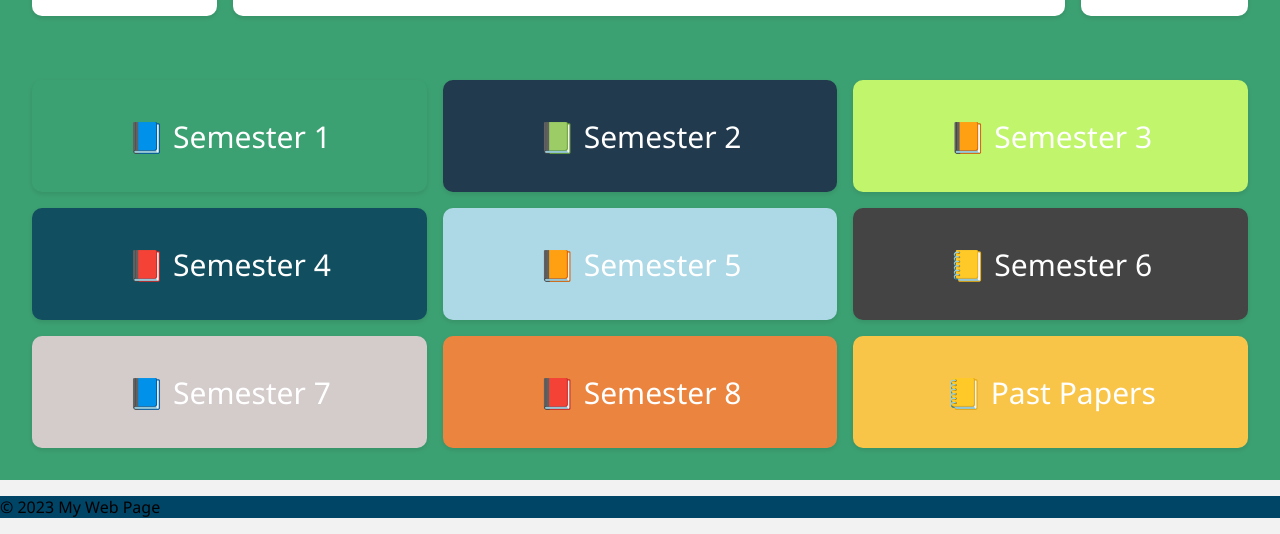
Repository: MariamSawera/eduNova
Page: index.html
The author's editor kept a copy of each file at every save. The page is drawn from the files as they stood at one save, then again after the next save.
The browser window is 1280 px wide. The pictures show the part of the page from y = 1042 to 1576 px (the page is 1576 px tall).

Above is the page before, as saved 2025-07-21 20:29:44.

### index.html
<html>
<head>
    <title>My Web Page</title>
    <meta charset="UTF-8">
    <meta name="viewport" content="width=device-width, initial-scale=1.0">
    <link rel="stylesheet" href="styles.css">
    <script src="script.js"></script>

</head>
<body>
  <nav>
    <div class="logo">ClassHub</div>
    <ul>
      <li><a href="index.html">Home</a></li>
      <!-- <li><a href="#">Semesters</a></li> -->
      <li><a href="#">Subjects</a></li>
      <li><a href="#">Books</a></li>
      <li><a href="#">Resources</a></li>
      <li><a href="#">Assignments</a></li>
      <li><a href="#">Events</a></li>
      <li><a href="#">Contact</a></li>
      <!-- <li><a href="#">Announcements</a></li> -->
      <li><a href="#">Login</a></li>
    </ul>
  </nav>

  <!-- Hero Section -->
  <div class="hero">
    <h1 id="welcome">Hello, Guest 👋</h1>
    <input type="text" id="nameInput" placeholder="Enter your name" oninput="updateName()" />
  </div>

  <!-- Dashboard Section -->
  <div class="dashboard" style="background-color: #3CA172;">
    <!-- Announcements -->
    <div class="card">
      <h3>📢 Announcements</h3>
      <ul>
        <li>Assignment Web development due 31 July</li>
        <li>Classes starting from 15 Aug</li>
        <li>Movie Day at University Oct 15</li>
      </ul>
    </div>

    <!-- Calendar -->
    <div class="card">
      <h3>📅 Calendar</h3>
      <p>All the events and updates have been marked in calender.</p>
      <iframe src="https://calendar.google.com/calendar/embed?src=onlinelearningrecordings%40gmail.com&ctz=Asia%2FKarachi" style="border: 0" width="800" height="600" frameborder="0" scrolling="no"></iframe>    </div>

    <!-- Online Users -->
    <div class="card">
      <h3>🟢 Online Users</h3>
      <ul>
        <li>Mariam</li>
        <li>Sidra</li>
        <li>Alishba</li>
      </ul>
    </div>
  </div>

  <!-- Quick Material Access -->
  <div class="quick-links" style="background-color: #3CA172;">
    <div class="link-card"  style="background-color: #3CA172;"><a href="firstsemester.html">📘 Semester 1</a></div>
    <div class="link-card" style="background-color: #223A4E;"><a href="">📗 Semester 2</a></div>
    <div class="link-card" style="background-color:  rgb(192, 245, 108);"><a href="">📙 Semester 3</a></div>
    <div class="link-card" style="background-color: #114F60;"><a href="">📕 Semester 4</a></div>
    <div class="link-card" style="background-color: lightblue;"><a href="">📙 Semester 5</a></div>
    <div class="link-card" style="background-color: #444444"><a href="">📒 Semester 6</a></div>
    <div class="link-card" style="background-color: #d4cbcb;"><a href="">📘 Semester 7</a></div>
    <div class="link-card" style="background-color: #eb843f;"><a href="">📕 Semester 8</a></div>
    <div class="link-card" style="background-color: #F9C548;"><a href="">📒 Past Papers</a></div>
    <!-- <div class="link-card" style="background-color: #3CA172;"><a href="">🔗 Important Links</a></div> -->
  </div>



    </body>

    <footer class="footer">
        <p>&copy; 2023 My Web Page</p>
    </footer>
</html>

### styles.css
    body {
      margin: 0;
      font-family: 'Segoe UI', sans-serif;
      background: #f2f2f2;
        /* background-color: #B3DDF0; */

    }

    nav {
      background-color: #004466;
      color: white;
      padding: 1rem;
      display: flex;
      justify-content: space-between;
      align-items: center;
    }

    nav .logo {
      font-size: 1.5rem;
      font-weight: bold;
    }

    a {
        text-decoration: none;
        color: inherit;
    }
    nav ul {
      list-style: none;
      display: flex;
      gap: 1rem;
    }

    nav ul li {
      display: inline;
    }

    nav ul li a {
      color: white;
      text-decoration: none;
    }


    .hero {
      /* background: linear-gradient(to right, #00aaff, #00ffcc); */
      background-image: url('./images/okokook.jpg');
      background-position: center;
      color: white;
      padding: 2rem;
      text-align: center;
      height: 20vh;
    }


    .hero input {
      padding: 0.5rem;
      border: none;
      border-radius: 5px;
      margin-top: 1rem;
      width: 200px;
    }

    .dashboard {
      display: grid;
      grid-template-columns: 1fr 1fr 1fr;
      gap: 1rem;
      padding: 2rem;
    }

    .card {
      background: white;
      padding: 1rem;
      border-radius: 10px;
      box-shadow: 0 2px 5px rgba(0,0,0,0.1);
    }

    .quick-links {
      padding: 2rem;
      display: grid;
      grid-template-columns: repeat(3, minmax(150px, 1fr));
      gap: 1rem;
    }

    .link-card{
      display: flex;
      justify-content: center;
      align-items: center;
      font-size: 30px;
      color: white;


    }

    .quick-links .link-card {
      background: white;
      text-align: center;
      padding: 1rem;
      border-radius: 10px;
      box-shadow: 0 2px 5px rgba(0,0,0,0.1);
      height: 80px;
    }

    .footer{
      background-color: #004466 ;
    }

### script.js
function updateName() {
      const name = document.getElementById('nameInput').value;
      const welcome = document.getElementById('welcome');
      if(name.trim()) {
        welcome.textContent = `Hello, ${name}! 👋`;
      } else {
        welcome.textContent = `Hello, Guest 👋`;
      }
    }

After the next save:
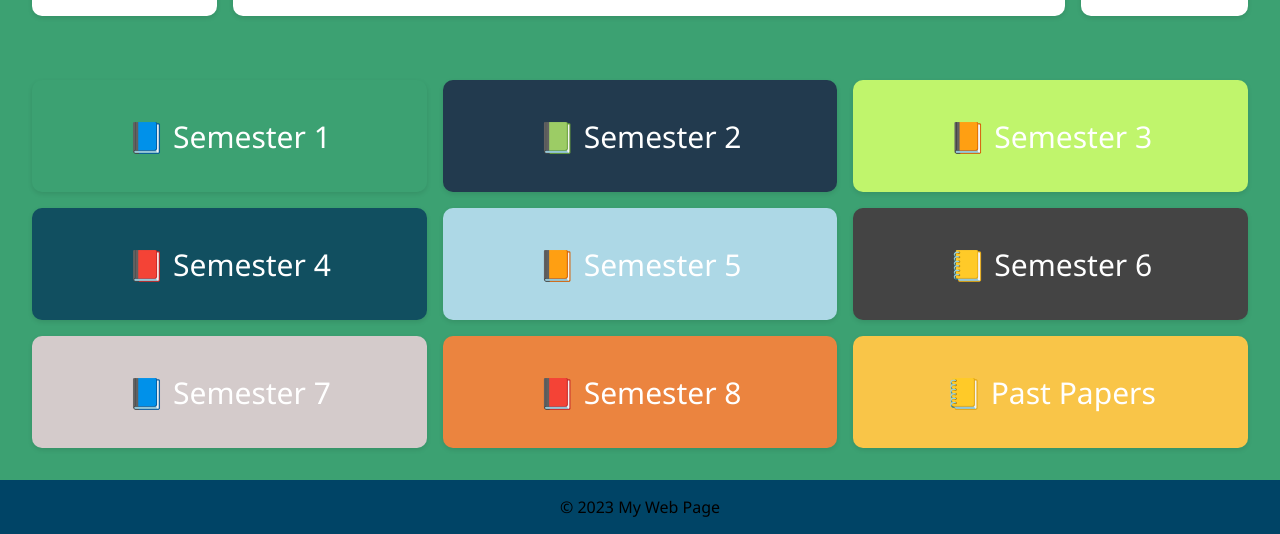
Saved 25 s later.
--- a/styles.css
+++ b/styles.css
@@ -100,5 +100,8 @@
     }
 
     .footer{
-      background-color: #004466 ;
+      background-color: #004466;
+      display: flex;
+      justify-content: center;
+      align-items: center;
     }
